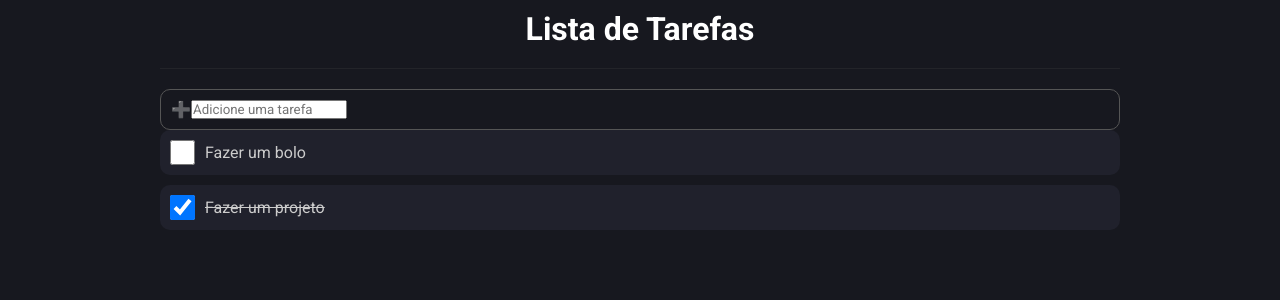
Repository: guilhermecardoso93/todolist-app
Page: /
These files come from the project's save history. The page is drawn as it stood at one moment and after the next save; the edit follows.
The browser window is 1280 px wide. The pictures show the whole page.
The project was rebuilt for these pictures with package versions that can differ from the ones it lists, and the page was loaded fresh each time. Also part of the build but not shown: vite.config.ts.

Above is the page before, as saved 2022-11-12 22:41:36.

### index.html
<!DOCTYPE html>
<html lang="en">
  <head>
    <meta charset="UTF-8" />
    <meta name="viewport" content="width=device-width, initial-scale=1.0" />
    <link rel="preconnect" href="https://fonts.googleapis.com">
    <link rel="preconnect" href="https://fonts.gstatic.com" crossorigin>
    <link
      href="https://fonts.googleapis.com/css2?family=Roboto:wght@400;500;700&display=swap"
      rel="stylesheet">
    <title>ToDo List</title>
  </head>
  <body>
    <div id="root"></div>
    <script type="module" src="/src/main.tsx"></script>
  </body>
</html>

### src/main.tsx
import React from 'react'
import ReactDOM from 'react-dom/client'
import {App} from './App'

import '../global.css'


ReactDOM.createRoot(document.getElementById('root') as HTMLElement).render(
  <React.StrictMode>
    <App />
  </React.StrictMode>
)

### src/App.tsx
import { useState } from "react";
import { Area, Container, Header } from "./App.styles";
import { AddTask } from "./components/AddTask";
import { ListTask } from "./components/ListTask";
import { Item } from "./types/Item";

export function App() {
  const [list, setList] = useState<Item[]>([
    {
      id: 1,
      task: "Fazer um bolo",
      isDone: false,
    },
    {
      id: 2,
      task: "Fazer um projeto",
      isDone: true,
    },
  ]);

  return (
    <Container>
      <Area>
        <Header>Lista de Tarefas</Header>
        <AddTask/>

       {list.map((task) => (
        <ListTask  task={task} key={task.id}/>
       ))}
      </Area>
    </Container>
  );
}

### global.css
* {
  box-sizing: border-box;
  margin: 0;
  padding: 0;

  font-family: 'Roboto', sans-serif;
}

### src/App.styles.ts
import styled from "styled-components";

export const Container = styled.div`
  background-color: #17181f;
  color: #797a81;
  min-height: 100vh;
`;

export const Area = styled.div`
  margin: auto;
  max-width: 980px;
  padding: 10px;
`;

export const Header = styled.h1`
  margin: 0;
  padding: 0;
  text-align: center;
  color: #fff;
  border-bottom: 1px solid #4444;
  padding-bottom: 20px;
  margin-bottom: 20px;
`;

### src/components/AddTask/index.tsx
import { Container } from "./AddTask.styles";

export function AddTask() {
return (
  <Container>
    <div className="image">
      ➕
    </div>
    <input
      type='text'
      placeholder='Adicione uma tarefa'
    />
  </Container>
)
}

### src/components/ListTask/index.tsx
import { useState } from "react";
import { Container } from "./ListTask.styles";
import { Item } from "../../types/Item";

type Props = {
  task: Item
  onChange: (id: number, done: boolean) => void
}

export function ListTask({ task, onChange }: Props) {
  const [ isChecked, setIsChecked] = useState(task.isDone)

  return (
    <Container isDone={isChecked}>
     <input
      type='checkbox'
      checked={isChecked}
      onChange={e => onChange(task.id, e.target.checked)}
      />
     <label>{task.task}</label>
    </Container>
  )
}

### src/components/AddTask/AddTask.styles.ts
import styled from "styled-components";

export const Container = styled.div`
  display: flex;
  align-items: center;
  justify-content: start;

  padding: 10px;
  margin:
  20 0px;
  border-radius: 10px;
  border: 1px solid #555;

`;

### src/components/ListTask/ListTask.styles.ts
import styled from "styled-components";

type ContainerProps = {
  isDone: boolean;
};

export const Container = styled.div(
  ({ isDone }: ContainerProps) =>
    `display: flex;
  background-color: #20212c;
  padding: 10px;
  margin-bottom: 10px;
  border-radius: 10px;
  align-items: center;

  input {
    width: 25px;
    height: 25px;
    margin-right: 10px;
  }

  label {
    color: #ccc;
    text-decoration: ${isDone ? "line-through" : "initial"}
  }`
);

After the next save:
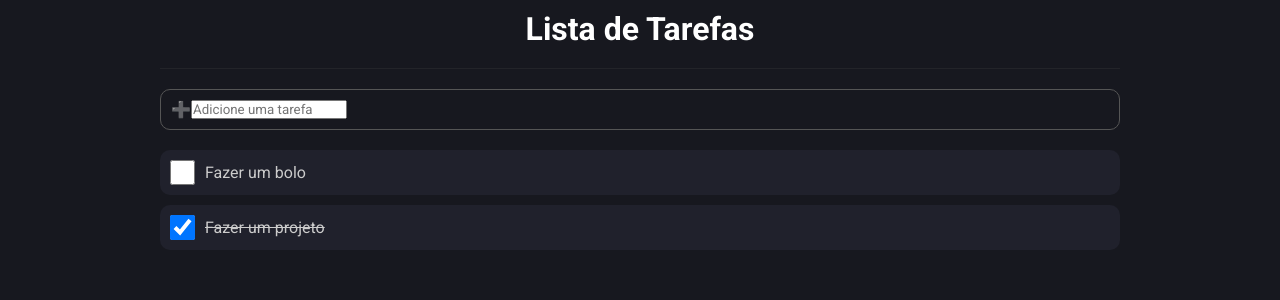
Saved 12 s later.
--- a/src/components/AddTask/AddTask.styles.ts
+++ b/src/components/AddTask/AddTask.styles.ts
@@ -6,9 +6,7 @@ export const Container = styled.div`
   justify-content: start;
 
   padding: 10px;
-  margin:
-  20 0px;
+  margin: 20px 0px;
   border-radius: 10px;
   border: 1px solid #555;
-
 `;
